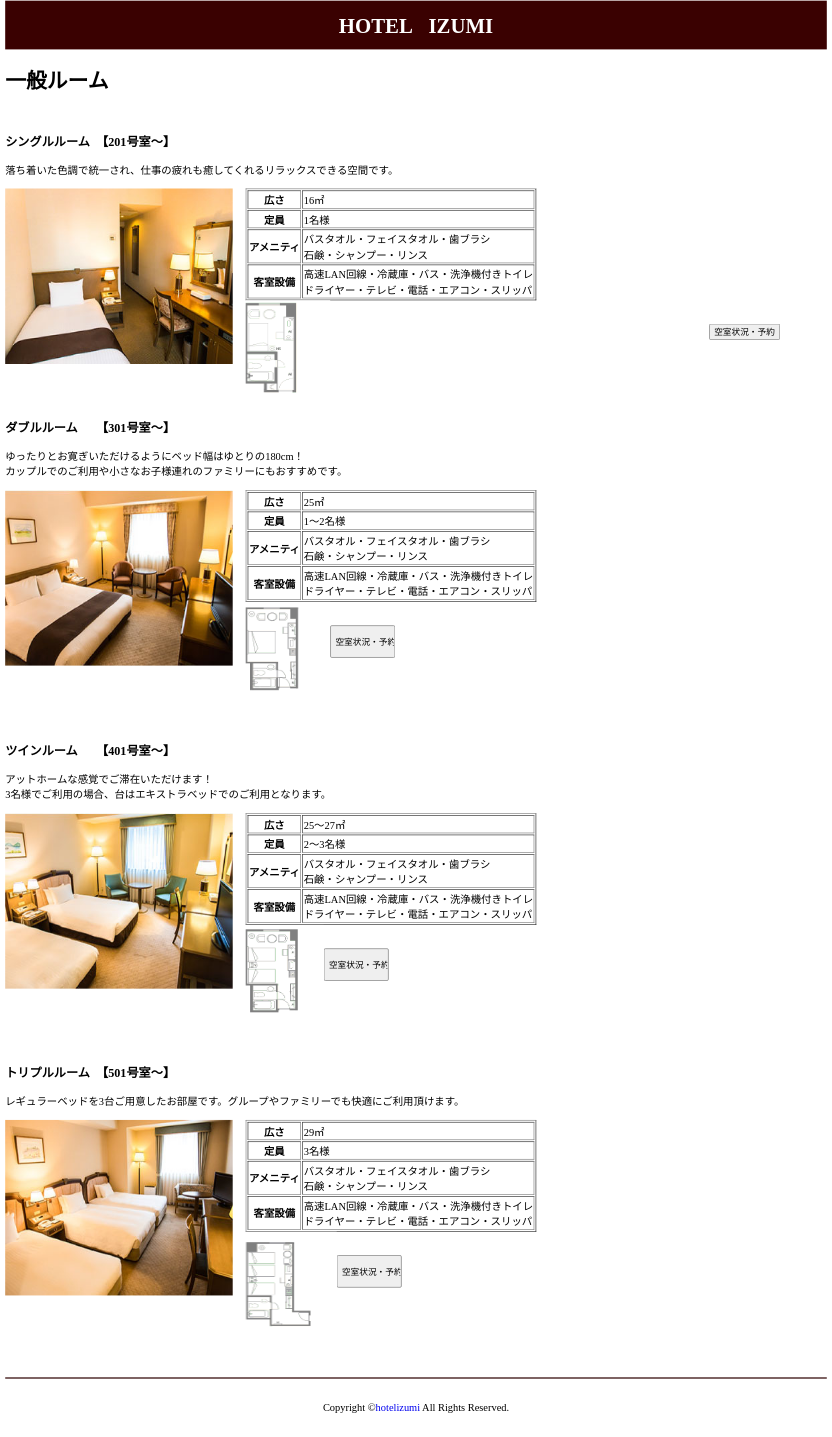
Repository: sep-dev/hotel_site
Page: http://localhost/HOTEL_IZUMI/general
These files come from the project's save history. The page is drawn as it stood at one moment and after the next save; the edit follows.
The browser window is 1280 px wide. The pictures show the whole page, at 65% of full size.
The page is served by Tomcat 9.

Above is the page before, as saved 2016-05-25 04:48:38.

After the next save:
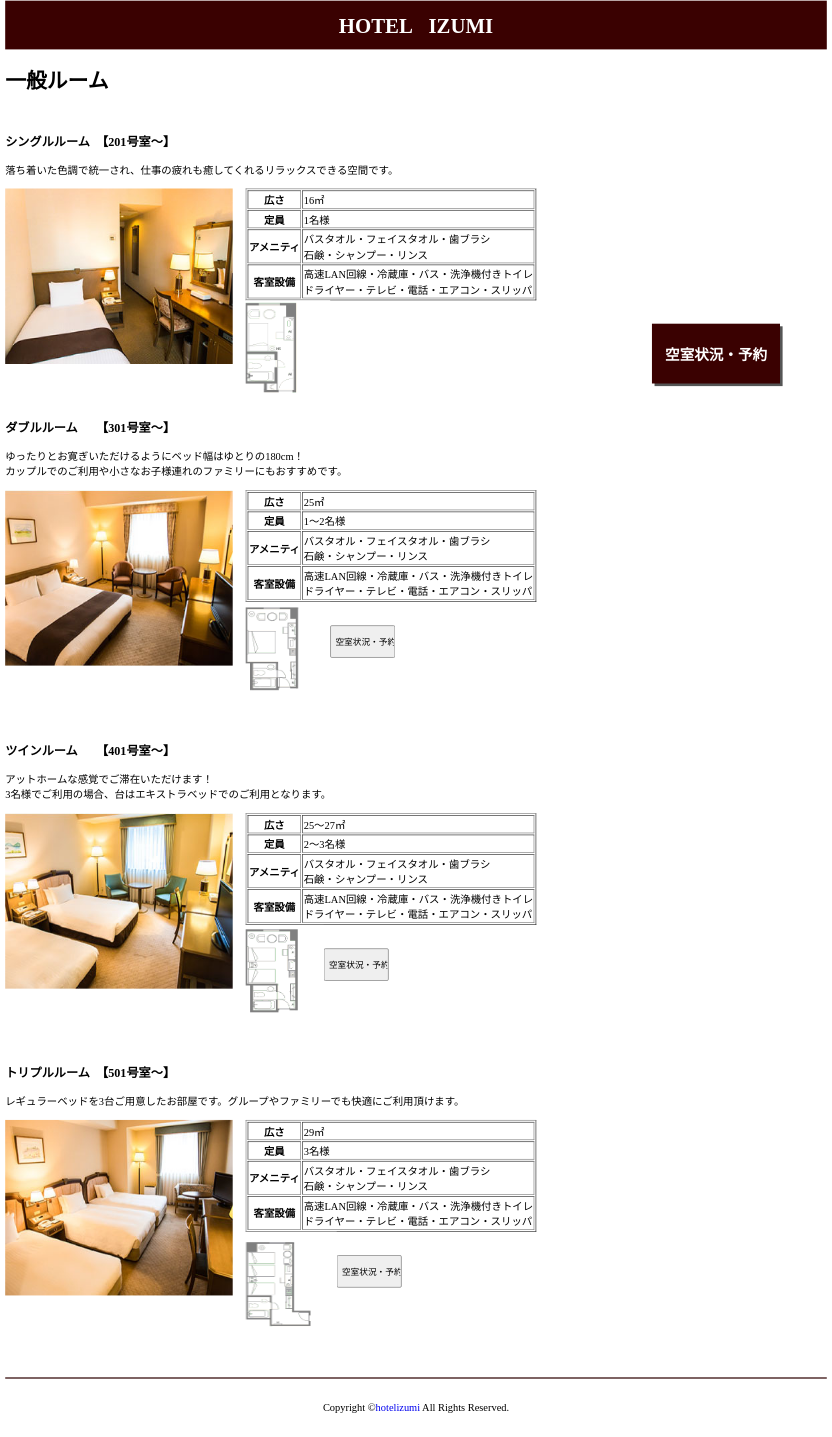
Saved 35 s later.
--- a/HOTEL_IZUMI/src/main/webapp/WEB-INF/views/general.jsp
+++ b/HOTEL_IZUMI/src/main/webapp/WEB-INF/views/general.jsp
@@ -51,7 +51,7 @@
 
       <img src="./resources/picture/ph01_shw1.png" alt="間取り図" width="130" height="146" align="left" ><br><br>
 
-      <input class="button2" type="submit"  value="空室状況・予約" style="position: absolute; right: 80px;"><br><br><br><br><br><br><br>
+      <button class="button2" type="submit" style="position: absolute; right: 80px;">空室状況・予約</button><br><br><br><br><br><br><br>
 
       <h3>ダブルルーム　　【301号室～】</h3>
       ゆったりとお寛ぎいただけるようにベッド幅はゆとりの180cm！<br>カップルでのご利用や小さなお子様連れのファミリーにもおすすめです。<br><br>
